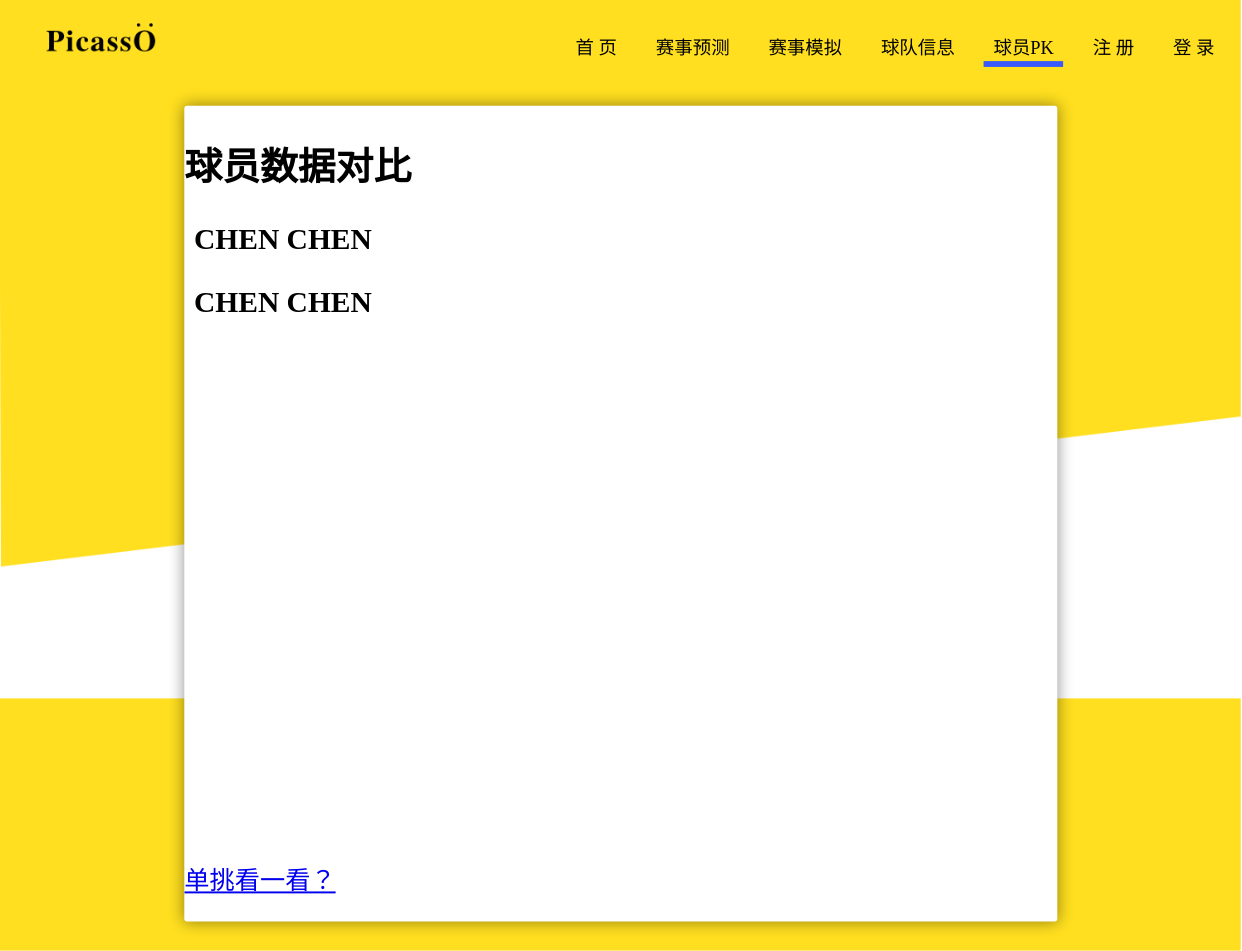
Repository: cciixx/nba-prediction-sys
Page: public/player_PK.html
These files come from the project's save history. The page is drawn as it stood at one moment and after the next save; the edit follows.
The browser window is 1280 px wide. The pictures show the whole page, at 97% of full size.
Backgrounds fixed to the window are drawn as part of the page.

Above is the page before, as saved 2020-04-03 20:53:37.

After the next save:
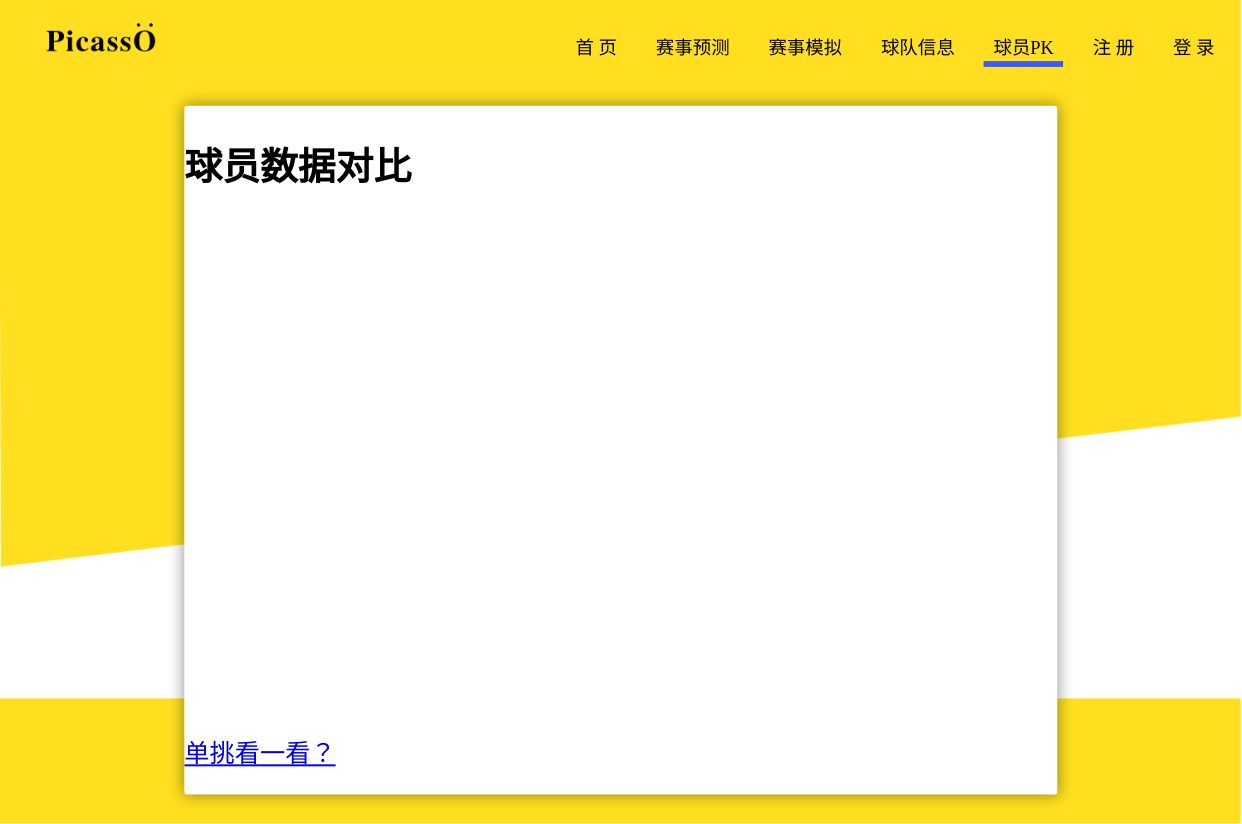
Saved 3 min 39 s later.
--- a/public/player_PK.html
+++ b/public/player_PK.html
@@ -28,8 +28,8 @@
             <div class="bg">
                 <h2>球员数据对比</h2>
                 <div class="name">
-                    <div><h3 id="player1_name">CHEN CHEN</h3></div>
-                    <div><h3 id="player2_name">CHEN CHEN</h3></div>
+                    <div><h3 id="player1_name"></h3></div>
+                    <div><h3 id="player2_name"></h3></div>
                 </div>
                 <div class="chart", id="chartmain"></div>
                 <p><a href="1V1.html" id="jump">单挑看一看？</a></p>
